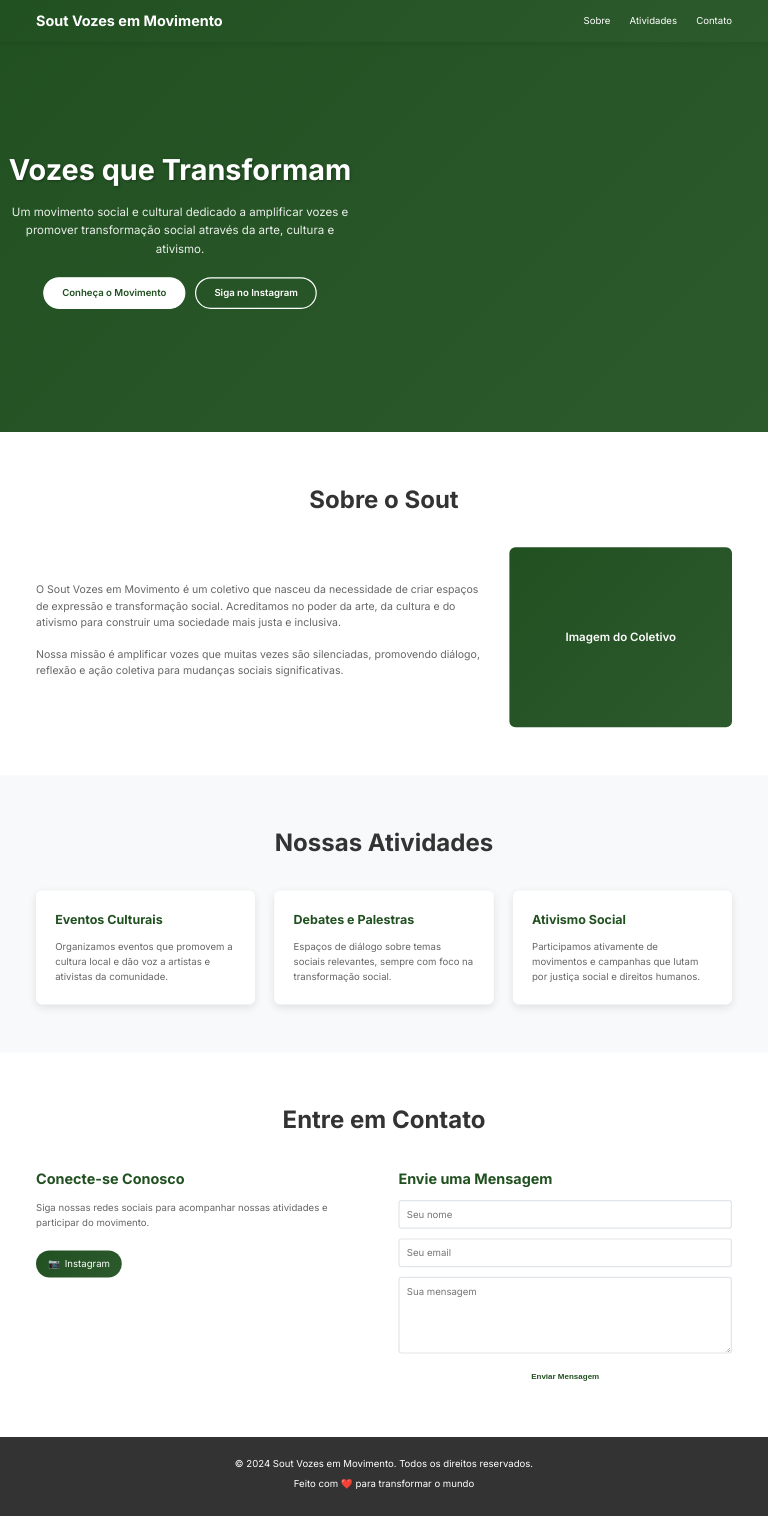
Repository: farukzahra/sout
Page: index.html
These files come from the project's save history. The page is drawn as it stood at one moment and after the next save; the edit follows.
The browser window is 1280 px wide. The pictures show the whole page, at 60% of full size.

Above is the page before, as saved 2025-10-02 12:54:56.

After the next save:
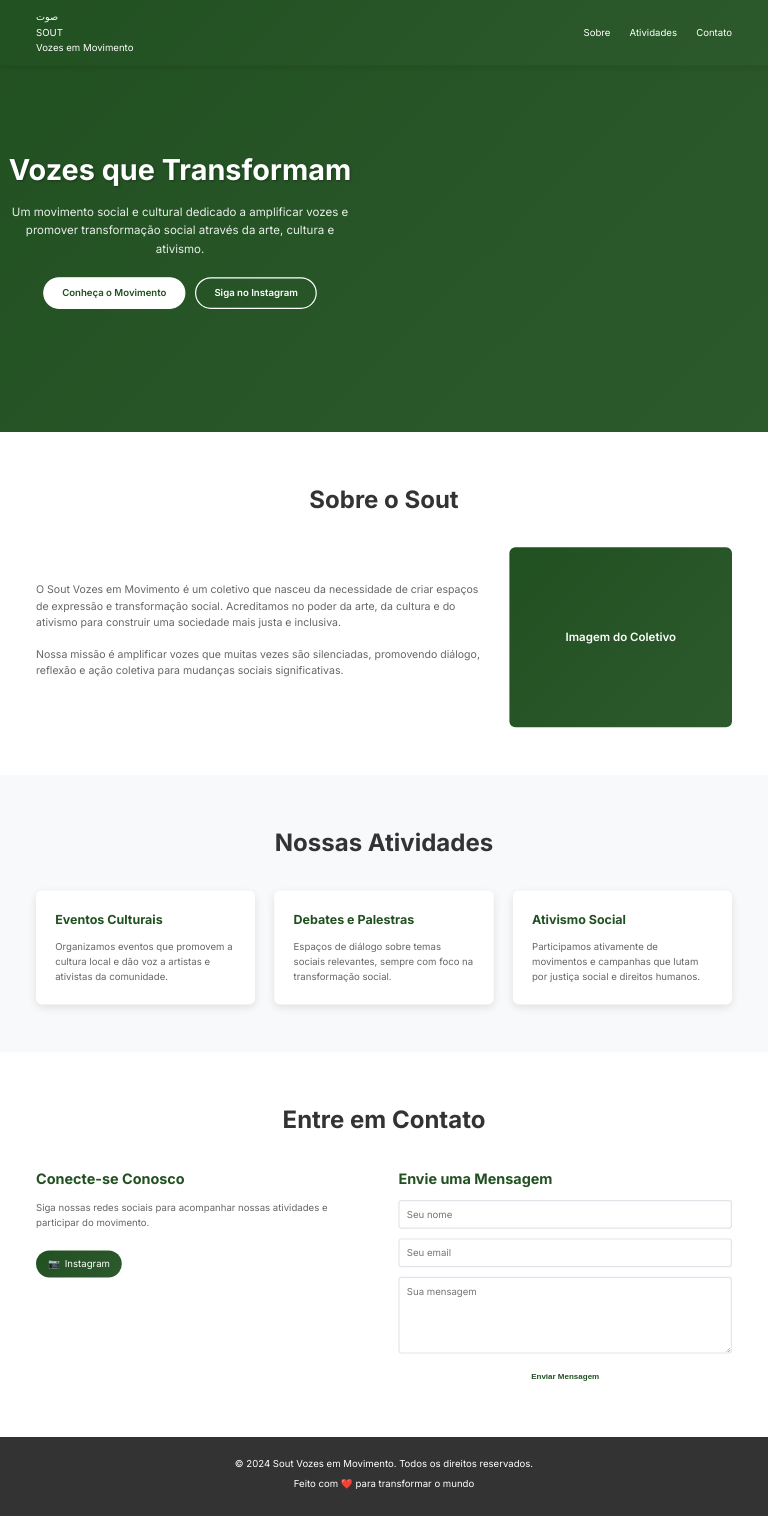
Saved 3 s later.
--- a/index.html
+++ b/index.html
@@ -12,7 +12,11 @@
     <header class="header">
         <nav class="nav">
             <div class="nav-brand">
-                <h1>Sout Vozes em Movimento</h1>
+                <div class="logo">
+                    <div class="logo-text">صوت</div>
+                    <div class="logo-main">SOUT</div>
+                    <div class="logo-subtitle">Vozes em Movimento</div>
+                </div>
             </div>
             <ul class="nav-menu">
                 <li><a href="#sobre">Sobre</a></li>
